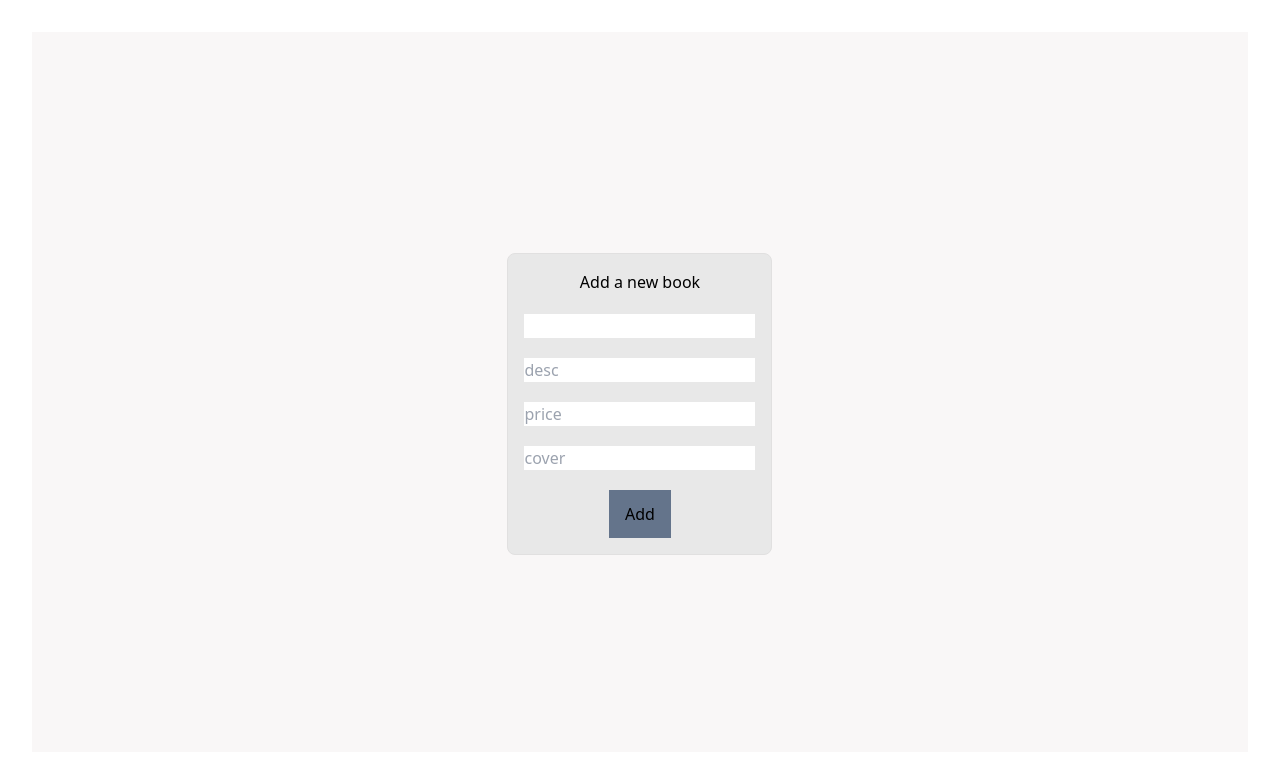
Repository: Vasil1001/fullstack-nutrition-tracker
Page: /add (app in frontend/)
The author's editor kept a copy of each file at every save. The page is drawn from the files as they stood at one save, then again after a run of saves.
The browser window is 1280 px wide. The pictures show the whole page.
The project was rebuilt for these pictures with package versions that can differ from the ones it lists, and the page was loaded fresh each time. Also part of the build but not shown: frontend/vite.config.js, frontend/src/pages/Books.jsx, frontend/src/pages/Update.jsx.

Above is the page before, as saved 2023-05-21 20:57:08.

After the next 3 saves:
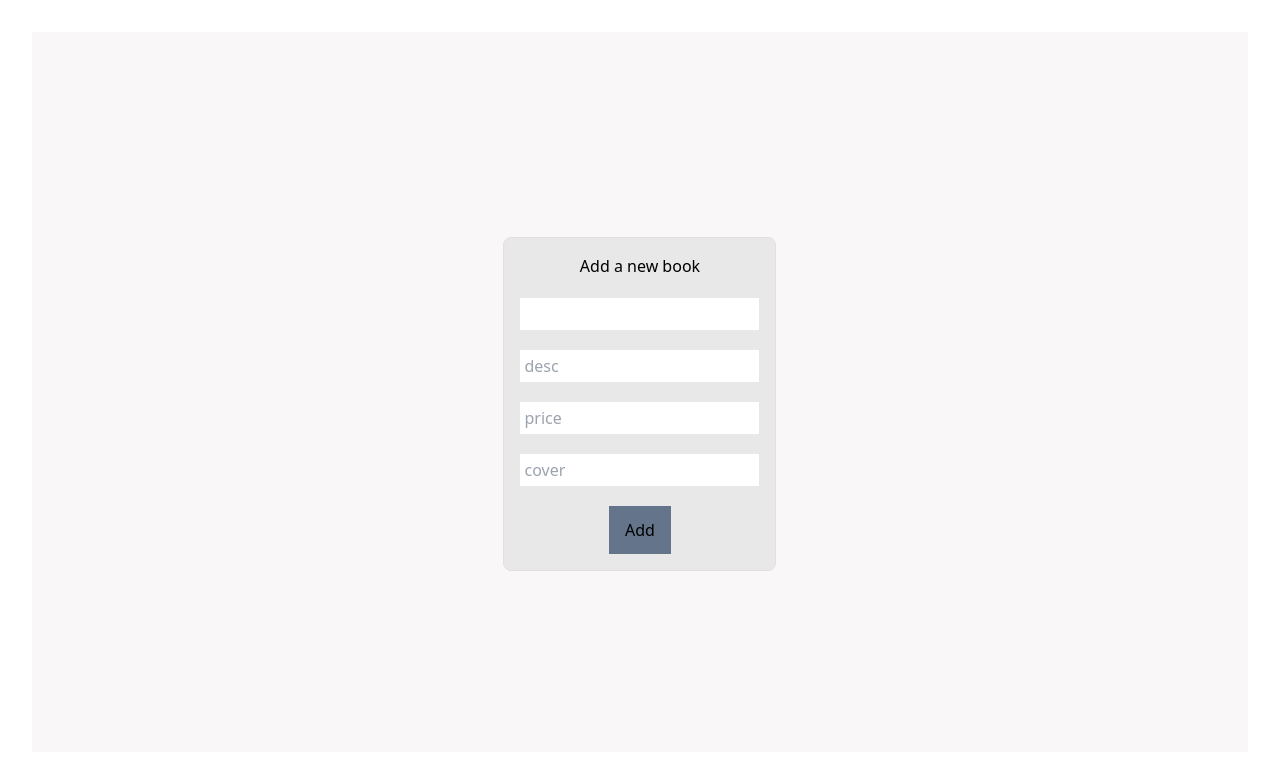
The 3 saves are shown as one change because they came seconds apart.
The last was saved 34 s later.
--- a/frontend/src/pages/Add.jsx
+++ b/frontend/src/pages/Add.jsx
@@ -32,10 +32,10 @@ export default function Add() {
   return (
     <div className="mx-auto mt-6 flex flex-col rounded-lg border border-[#e1e0e0] bg-[#e8e8e8] p-4 items-center justify-center gap-5">
       <h1>Add a new book</h1>
-      <input type="text" palceholder="title" name="title" onChange={handleChange} />
-      <input type="text" placeholder="desc" name="desc" onChange={handleChange} />
-      <input type="number" placeholder="price" name="price" onChange={handleChange} />
-      <input type="text" placeholder="cover" name="cover" onChange={handleChange} />
+      <input className='p-1' type="text" palceholder="title" name="title" onChange={handleChange} />
+      <input className='p-1' type="text" placeholder="desc" name="desc" onChange={handleChange} />
+      <input className='p-1' type="number" placeholder="price" name="price" onChange={handleChange} />
+      <input className='p-1' type="text" placeholder="cover" name="cover" onChange={handleChange} />
       <button className="bg-slate-500 p-3 px-4" onClick={handleClick}>
         Add
       </button>
